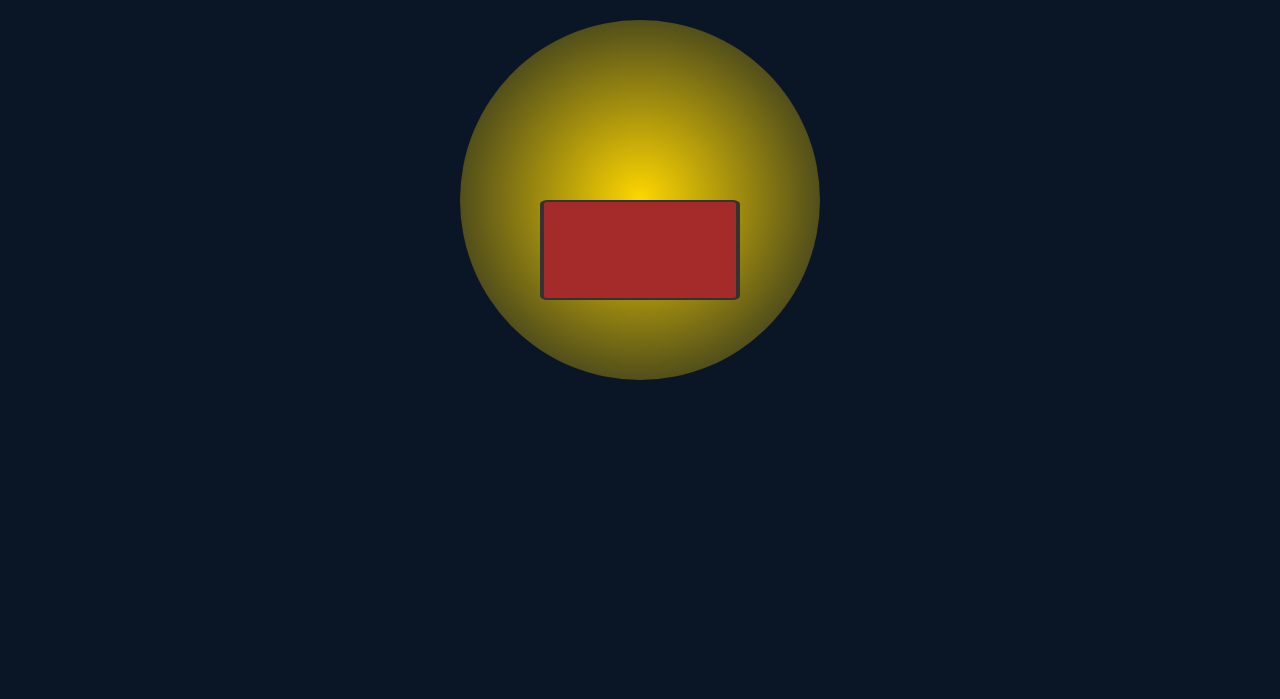
Repository: Lukatoshi/League-of-legends
Page: Ornn/index.html
These files come from the project's save history. The page is drawn as it stood at one moment and after a run of saves; the edit follows.
The browser window is 1280 px wide. The pictures show the whole page.

Above is the page before, as saved 2025-05-11 19:15:28.

### Ornn/index.html
<!DOCTYPE html>
<html lang="pt">

<head>
    <meta charset="UTF-8">
    <meta name="viewport" content="width=device-width, initial-scale=1.0">
    <link rel="stylesheet" href="/Ornn/src/css/bau-animation.css">
    <link rel="stylesheet" href="/Ornn/src/css/style.css">
    <title>League of Leagens - Ornn</title>
</head>

<body>
    <div class="fundo-bau">
        <div class="bau-container">
            <div class="bau tampado"></div>
            <div class="luz"></div>
        </div>
    </div>
    <main>

    </main>
</body>
<script src="/Ornn/src/js/animacao-bau.js"></script>

</html>

### Ornn/src/css/bau-animation.css
.fundo-bau{
    top: 0;
    position: fixed;
    padding: 0;
    margin: 0;
    height: 70vw;
    background-color: #0A1625 ;
    width: 100%;
}
.bau-container{
    position: relative;
    width: 200px;
    height: 200px;
    margin: 100px auto;
}

.bau{
    width: 100%;
    height: 100%;
    background: brown;
    border: 4px solid #333;
    border-radius: 8px;
    position: relative;
    transform-origin: bottom center;
    transition: transform 1s ease-in-out;
}

.bau.abrindo{
    transform: rotateX(60deg);
}

.luz{
    position: absolute;
    top: 50%;
    left: 50%;
    width: 150%;
    height: 150%;
    background: radial-gradient(circle, gold, transparent);
    opacity: 0;
    transform: translate(-50%, -50%) scale(0.8);
    transition: opacity 0.5s ease, trasnform 0.5s ease;
    border-radius: 50%;
    z-index: -1;
}

.bau.abrindo ~ .luz{
    opacity: 1;
    transform: translate(-50%, -50%) scale(1.2);
}

### Ornn/src/css/style.css
*{
    margin: 0;
    padding: 0;
    box-sizing: border-box;

}
body, html{
    height: 100%;
}

### Ornn/src/js/animacao-bau.js
window.addEventListener('DOMContentLoaded', () => {
    setTimeout(() =>{
        document.querySelector('.bau').classList.add('abrindo');
    }, 500);
});

After the next 2 saves:
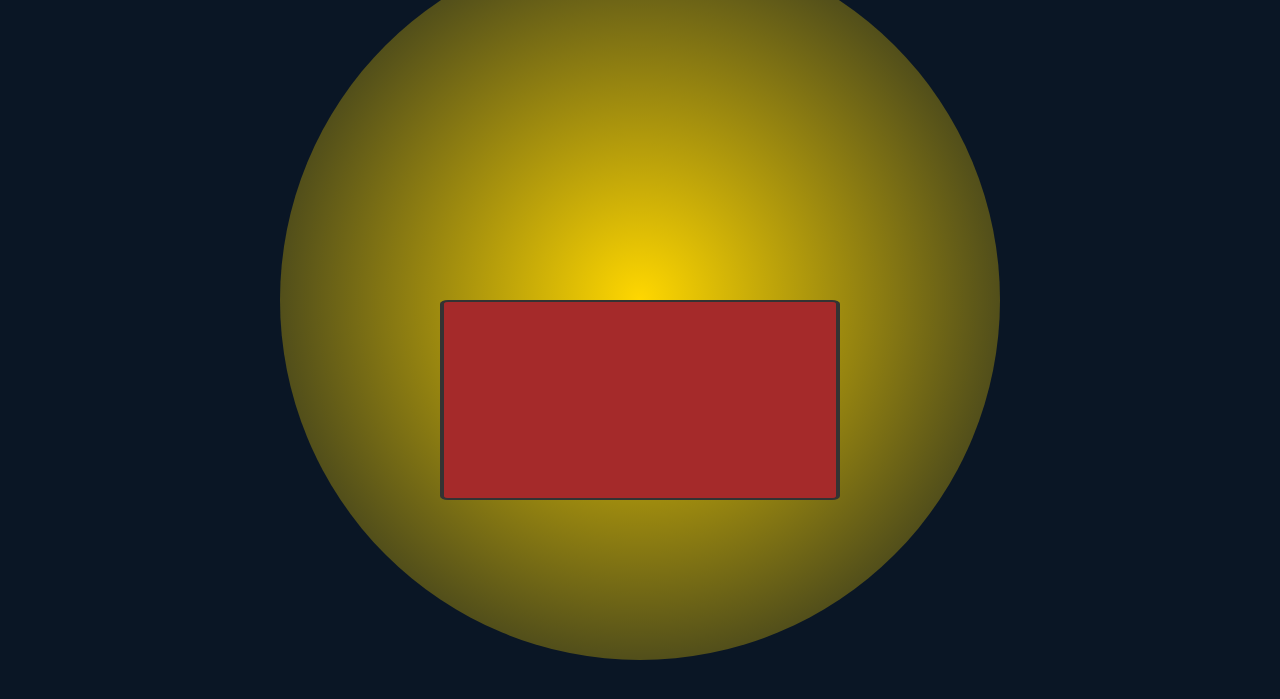
The 2 saves are shown as one change because they came seconds apart.
The last was saved 7 s later.
--- a/Ornn/src/css/bau-animation.css
+++ b/Ornn/src/css/bau-animation.css
@@ -9,8 +9,8 @@
 }
 .bau-container{
     position: relative;
-    width: 200px;
-    height: 200px;
+    width: 400px;
+    height: 400px;
     margin: 100px auto;
 }
 
